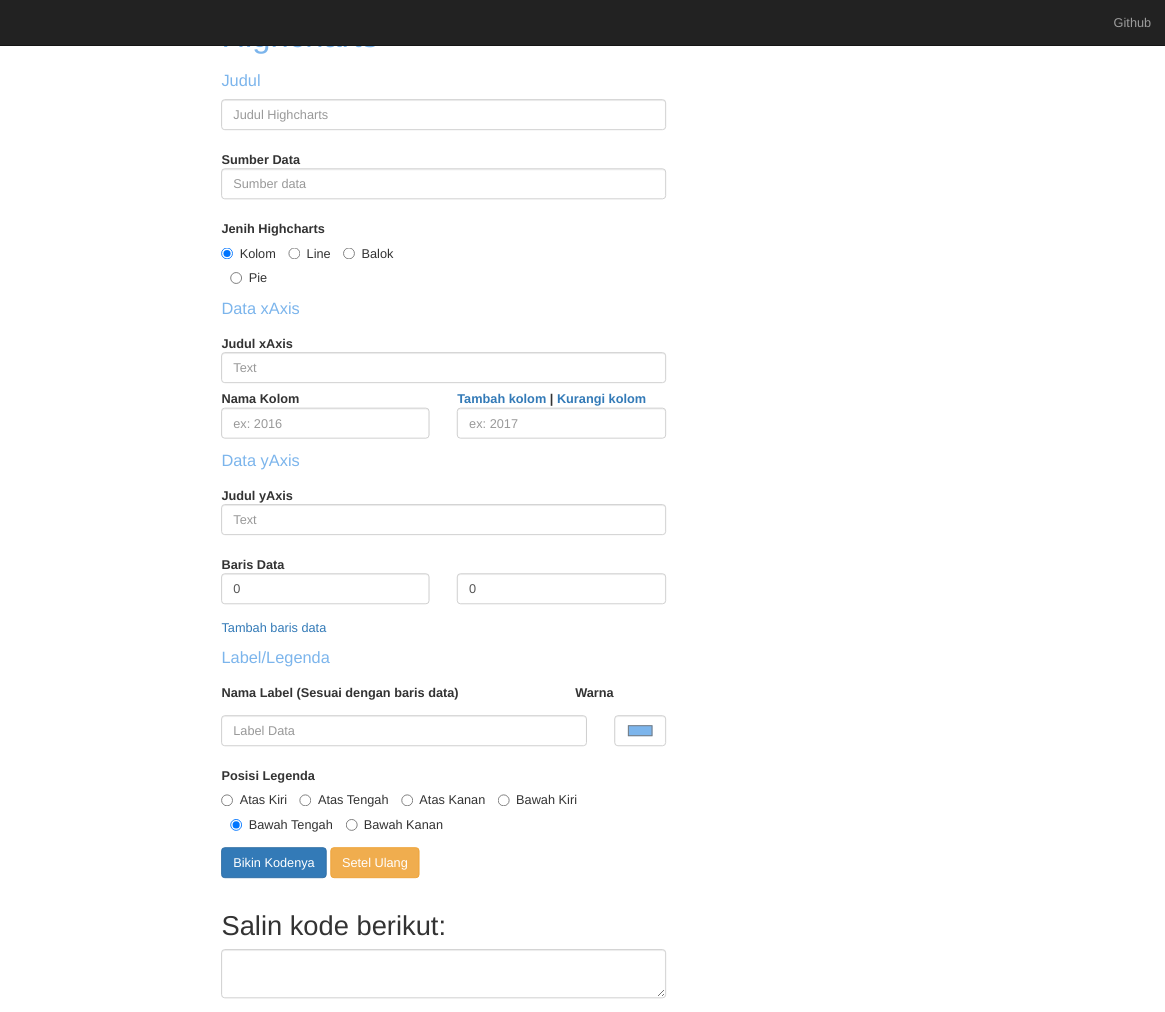
Repository: pt-kompas-media-nusantara/charts-generator
Page: index.html
The author's editor kept a record of every edit. The page is drawn from the files as they stood at one moment, then again after the next edit.
The browser window is 1280 px wide. The pictures show the whole page, at 91% of full size.
Some web libraries are served in a nearby version.

Above is the page before.

### index.html
<!DOCTYPE html>
<html>
    <head lang="en">
        <meta charset="utf-8">
        <meta name="viewport" content="width=device-width, initial-scale=1, maximum-scale=1, user-scalable=no">
        <meta http-equiv="X-UA-Compatible" content="IE=edge">
        <meta name="description" content="Penghasil bagan untuk editor Desk Multimedia Harian Kompas - Chart generator for multimedia editors of Kompas Daily, Indonesia">
        <meta name="author" content="Yosef Yudha Wijaya - https://github.com/gajayana">
        <title>Penghasil Bagan - Balok</title>
        <link rel="stylesheet" href="https://maxcdn.bootstrapcdn.com/bootstrap/3.3.5/css/bootstrap.min.css">
        <link rel="stylesheet" href="css/style.css">
        <script src="https://code.highcharts.com/highcharts.js"></script>
        <!--<script src="js/jscolor.js"></script>-->
    </head>
    <body>
        <nav class="navbar navbar-inverse navbar-fixed-top">
            <div class="container-fluid">
                <div id="navbar" class="navbar-collapse collapse">
                <ul class="nav navbar-nav navbar-right">
                    <li><a href="https://github.com/harian-kompas/chart-generator" target="_blank">Github</a></li>
                </ul>
                </div>
            </div>
        </nav>
        <div id="bar-chart" class="container-fluid">
            <div class="row">
                <div class="col-sm-10 col-sm-offset-3 col-md-10 col-md-offset-2 main">
                    <div class="col-md-12 col-sm-12">
                        <h1>Highcharts</h1>
                        <!--<h2 style="color: red; font-size: 14px;">Ada Bug di seksi custom legend, Sabar ya</h2>-->
                    </div>
                <div class="col-md-6 col-sm-6">
                    <form class="form-horizontal" id="proses-form">
                        <div class="form-group">
                            <div class="col-md-12 col-sm-12">
                                <h4>Judul</h4>
                                <input id="chart-title" name="chart-title" placeholder="Judul Highcharts" maxlength="100" class="form-control">
                            </div>
                        </div>
                        <div class="form-group">
                            <div class="col-md-12 col-sm-12">
                                <label for="chart-data-source" class="control-label">Sumber Data</label>
                                <input id="chart-data-source" name="chart-data-source" placeholder="Sumber data" maxlength="100" class="form-control">
                            </div>
                        </div>
                        <div class="form-group">
                            <div class="col-md-6 col-sm-6 col-xs-6">
                                <label class="control-label">Jenih Highcharts</label>
                                <div>
                                    <label class="radio-inline">
                                        <input type="radio" name="jenis" value="column" checked="checked">Kolom
                                    </label>
                                    <label class="radio-inline">
                                        <input type="radio" name="jenis" value="line">Line
                                    </label>
                                    <label class="radio-inline">
                                        <input type="radio" name="jenis" value="bar">Balok
                                    </label>
                                    <label class="radio-inline">
                                        <input type="radio" name="jenis" value="pie">Pie
                                    </label>
                                </div>
                            </div>
                        </div>
                        <h4>Data xAxis</h4>
                        <div id="table-column" class="form-group">
                            <div class="col-md-12 col-sm-12">
                                <label class="control-label">Judul xAxis</label>
                                <input type="text" maxlength="25" class="form-control" id="judul_kolom" placeholder="Text" maxlength="100">
                            </div>
                            <div class="col-md-6 col-sm-6 col-xs-6">
                                <label class="control-label">Nama Kolom</label>
                            </div>
                            <div class="col-md-6 col-sm-6 col-xs-6 txt-right">
                                <label class="control-label"> <a id="btn-add-table-column" href="#">Tambah kolom</a>&nbsp;|&nbsp;<a id="btn-remove-table-column" href="#">Kurangi kolom</a></label>
                            </div>
                            <div class="col-flexible col-md-6 col-sm-6 col-xs-6">
                                <input type="text" maxlength="25" class="form-control table-column-names" placeholder="ex: 2016">
                            </div>
                            <div class="col-flexible col-md-6 col-sm-6 col-xs-6">
                                <input type="text" maxlength="25" class="form-control table-column-names" placeholder="ex: 2017">
                            </div>
                        </div>
                        <h4>Data yAxis</h4>
                        <div class="form-group">
                            <div class="col-md-12 col-sm-12">
                                <label class="control-label">Judul yAxis</label>
                                <input type="text" maxlength="25" class="form-control" id="judul_baris" placeholder="Text" maxlength="100">
                            </div>
                        </div>
                        <label class="control-label">Baris Data</label>
                        <div class="table-rows form-group series-content" id="table-row-length">
                            <div class="col-flexible col-md-6 col-sm-6 col-xs-6">
                                <input type="text" placeholder="Data/Angka" maxlength="25" class="form-control table-rows-input" value="0">
                            </div>
                            <div class="col-flexible col-md-6 col-sm-6 col-xs-6">
                                <input type="text" placeholder="Data/Angka" maxlength="25" class="form-control table-rows-input" value="0">
                            </div>
                        </div>
                        <div id="new-table-row"></div>
                        <div class="form-group">
                            <div class="col-md-12 col-sm-12 col-xs-12 txt-right"><a id="btn-add-table-row" href="#">Tambah baris data</a></div>
                        </div>
                        <h4>Label/Legenda</h4>
                        <div class="form-group">
                            <div class="col-md-9 col-sm-9 col-xs-9">
                                <label class="control-label">Nama Label (Sesuai dengan baris data)</label>
                            </div>
                            <div class="col-md-3 col-sm-3 col-xs-3">
                                <label class="control-label">Warna</label>
                            </div>

                        </div>

                        <div class="form-group legend-content" id="legend-row">
                            <div class="col-flexible col-md-10 col-sm-10 col-xs-10">
                                <input type="text" placeholder="Label Data" maxlength="25" class="form-control legend-name">
                            </div>
                            <div class="col-flexible col-md-2 col-sm-2 col-xs-2">
                                <input class="form-control jscolor" placeholder="Warna" type="color" value="#7cb5ec">
                            </div>
                        </div>
                        <div id="new-new"></div>
                        <div class="form-group">
                            <div class="col-md-12col-sm-12 col-xs-12">
                                <label class="control-label">Posisi Legenda</label>
                                <div>
                                    <label class="radio-inline">
                                        <input type="radio" name="posisilegend" value="ataskiri">Atas Kiri
                                    </label>
                                    <label class="radio-inline">
                                        <input type="radio" name="posisilegend" value="atastengah">Atas Tengah
                                    </label>
                                    <label class="radio-inline">
                                        <input type="radio" name="posisilegend" value="ataskanan">Atas Kanan
                                    </label>
                                    <label class="radio-inline">
                                        <input type="radio" name="posisilegend" value="bawahkiri">Bawah Kiri
                                    </label>
                                    <label class="radio-inline">
                                        <input type="radio" name="posisilegend" value="bawahtengah" checked="checked">Bawah Tengah
                                    </label>
                                    <label class="radio-inline">
                                        <input type="radio" name="posisilegend" value="bawahkanan">Bawah Kanan
                                    </label>
                                </div>
                            </div>
                        </div>
                        <div class="form-group">
                            <div class="col-md-12 col-sm-12 col-xs-12 txt-right">
                                <button id="btn-submit" type="submit" class="btn btn-primary">Bikin Kodenya</button>
                                <button type="reset" class="btn btn-warning">Setel Ulang</button>
                            </div>
                        </div>
                        <div class="form-group">
                            <div class="col-md-12 col-sm-12 col-xs-12">
                                <h2>Salin kode berikut:</h2>
                            </div>
                            <div class="col-md-12 col-sm-12 col-xs-12">
                                <textarea id="chart-code" class="form-control"></textarea>
                            </div>
                        </div>
                    </form>
                </div>
                <div class="col-md-6 col-sm-6 sticky">
                    <div id="result"></div>
                    <p style="display: block; width:100%; font-size: 11px; color: #949494; padding:5px 0; margin:0;"></p>
                </div>
                </div>
            </div>
        </div>
        <script src="https://cdnjs.cloudflare.com/ajax/libs/jquery/3.2.1/jquery.js" type="text/javascript"></script>
        <script src="https://www.google.com/jsapi" type="text/javascript"></script>
        <script src="js/build-chart.js" type="text/javascript"></script>
    </body>
</html>

### css/style.css
h1, h4{
    color: #7cb5ec;
}
.container-custom{
    width: 1440px;
    margin: 0 auto;
}
.btn-absolute{
    position: absolute;
    z-index: 3;
}

h4 span{
    font-size: 16px;
    color: #000;
    font-weight: 300;
}
.nav-link img{
    width: 24px;
}
.nav-link{
    cursor: pointer;
}
.nav-link.active{
    background-color: #f8f9fa;
}
.check-status{
    display: none;
}
.check-status.active{
    display: block;
}

Loaded but not shown: js/build-chart.js (446 lines, source omitted)

After the next edit:
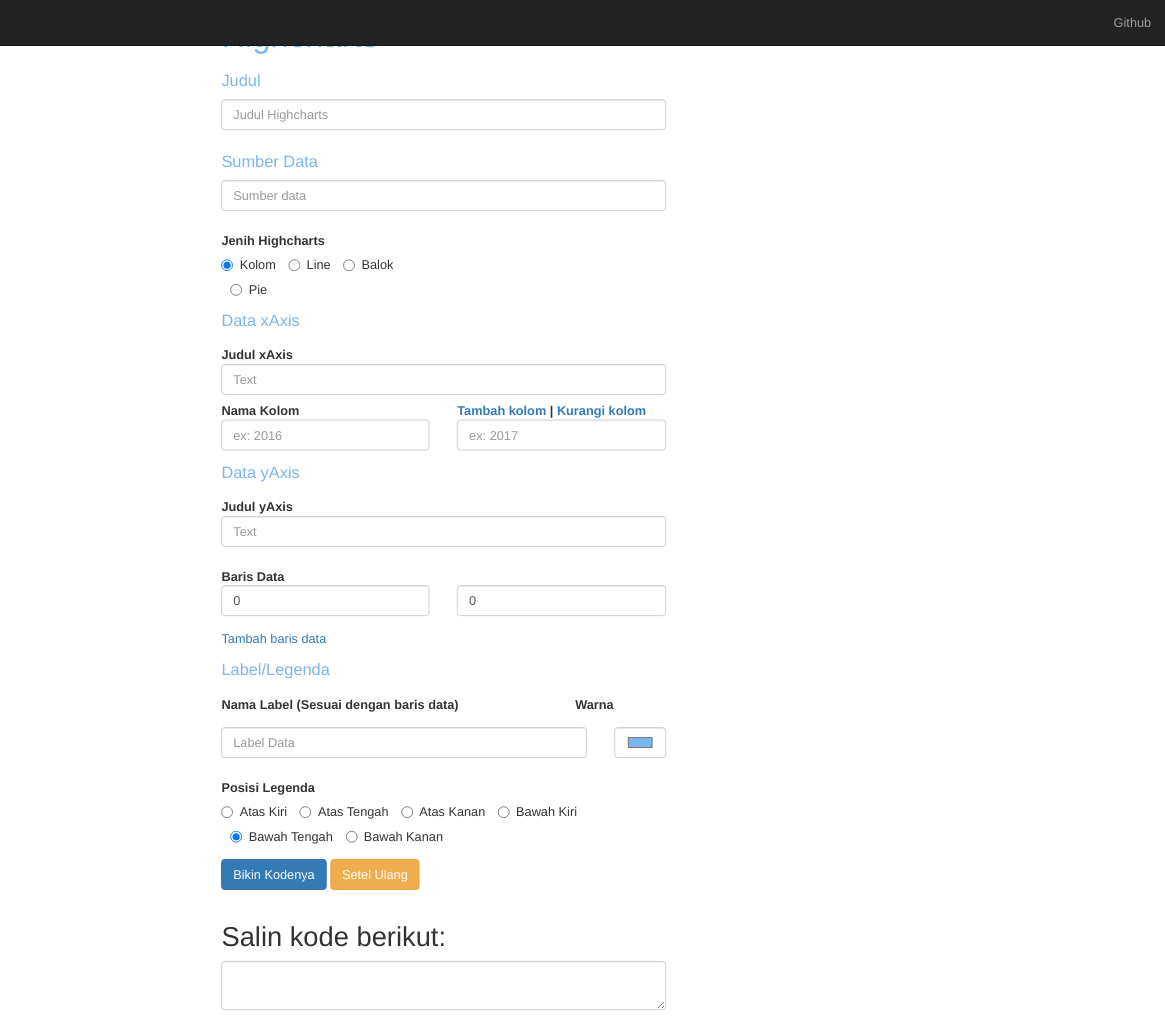
The edit:
--- a/index.html
+++ b/index.html
@@ -39,7 +39,7 @@
                         </div>
                         <div class="form-group">
                             <div class="col-md-12 col-sm-12">
-                                <label for="chart-data-source" class="control-label">Sumber Data</label>
+                                <h4>Sumber Data</h4>
                                 <input id="chart-data-source" name="chart-data-source" placeholder="Sumber data" maxlength="100" class="form-control">
                             </div>
                         </div>
